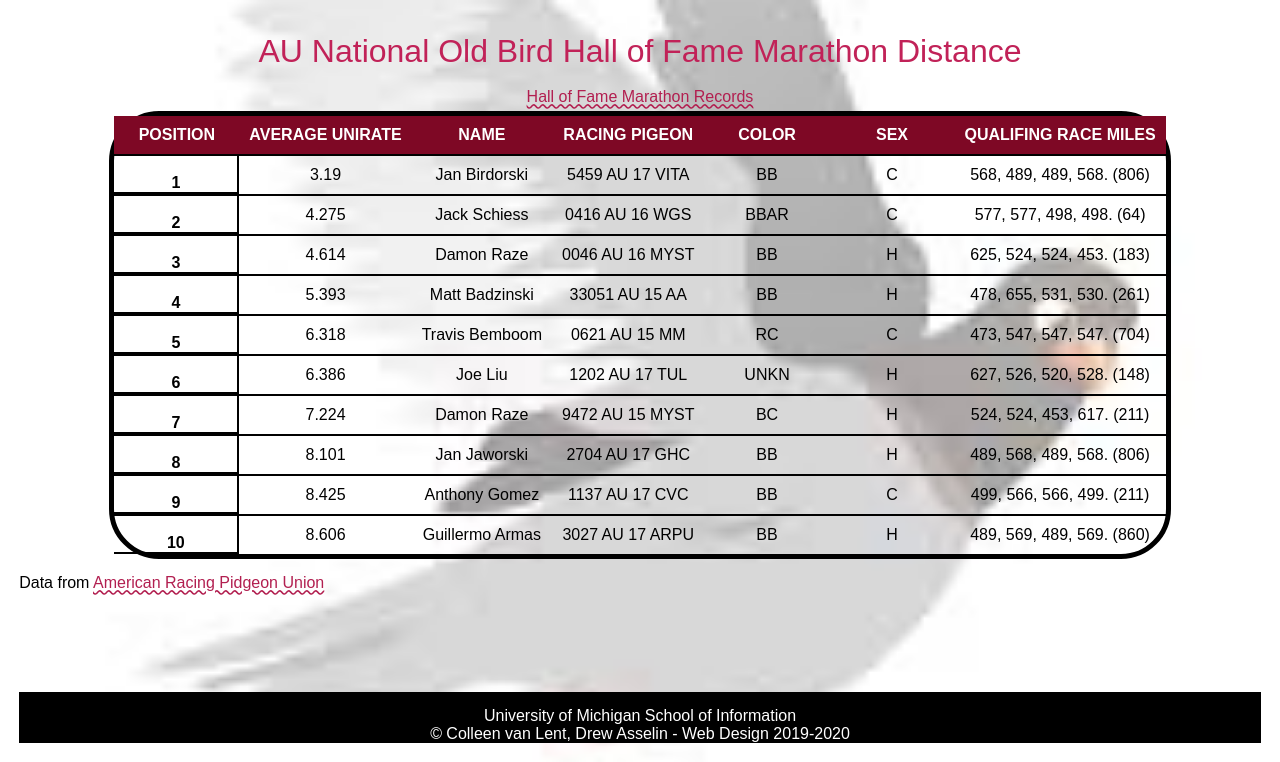
Repository: jiaqili0803/SI_539
Page: hw4-2021-main/hw4-2021-main/index.html
An editor plug-in stored every save of this project. The page is shown before and after the next save, followed by the edit.
The browser window is 1280 px wide. The pictures show the whole page.
Some web fonts or font styles are not loaded; a fallback is used.

Above is the page before, as saved 2021-10-02 17:05:07.

After the next save:
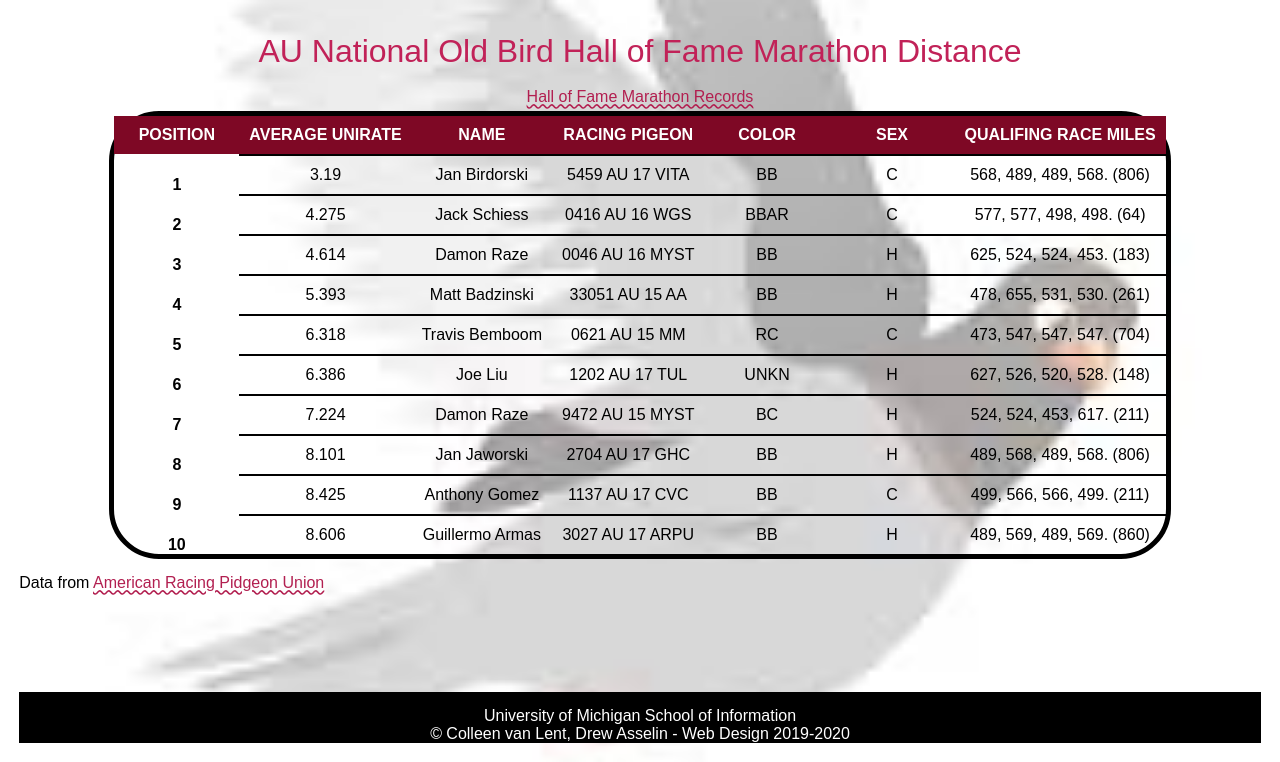
Saved 35 s later.
--- a/hw4-2021-main/hw4-2021-main/css/style.css
+++ b/hw4-2021-main/hw4-2021-main/css/style.css
@@ -112,7 +112,8 @@
 /* I gave you the selector, but not the property-value pair.
 You can use Inspect Element or your editor to find selectors. */
 .rowhead:first-child{
-  border-left: none;
+
+  border: none;
 
 
 }

After the 2 saves that followed:
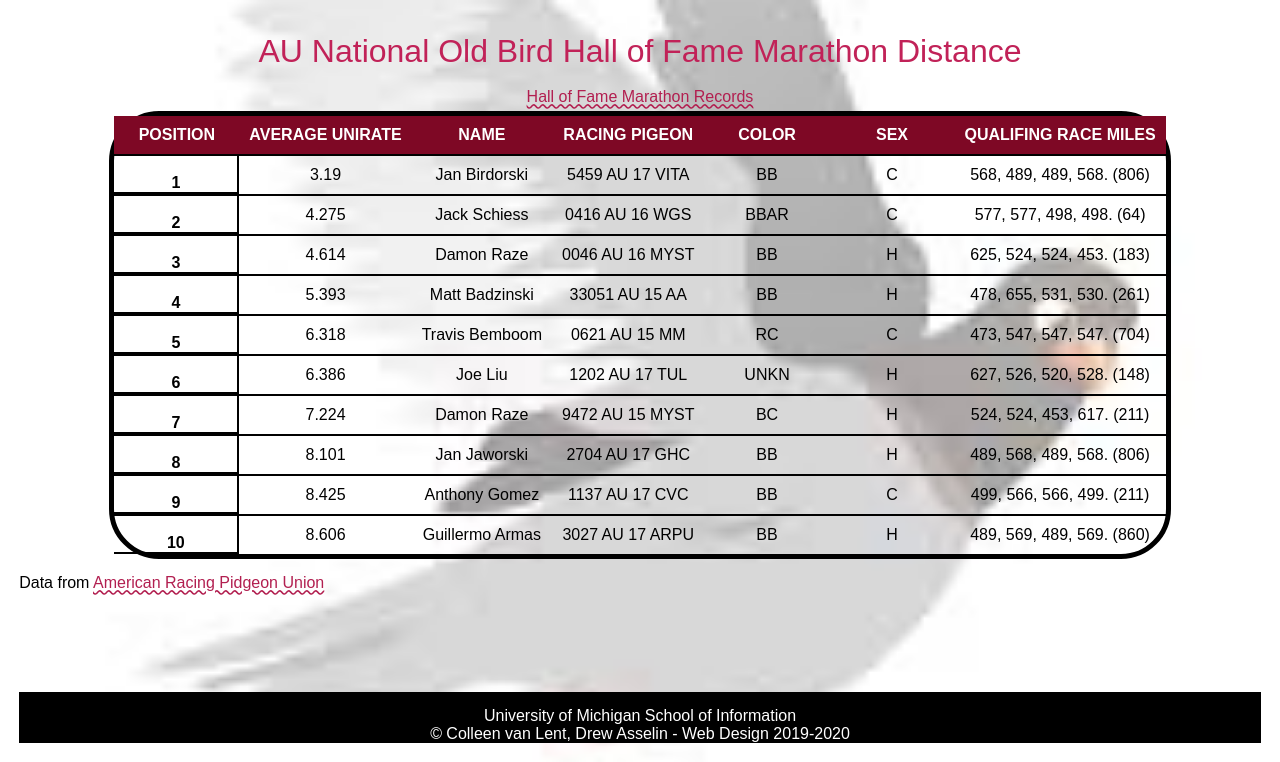
The 2 saves are shown as one change because 1 left the picture as it was.
The last was saved 19 s later.
--- a/hw4-2021-main/hw4-2021-main/css/style.css
+++ b/hw4-2021-main/hw4-2021-main/css/style.css
@@ -112,8 +112,8 @@
 /* I gave you the selector, but not the property-value pair.
 You can use Inspect Element or your editor to find selectors. */
 .rowhead:first-child{
-
-  border: none;
+  border-left: none;
+  /* border: none; */
 
 
 }
